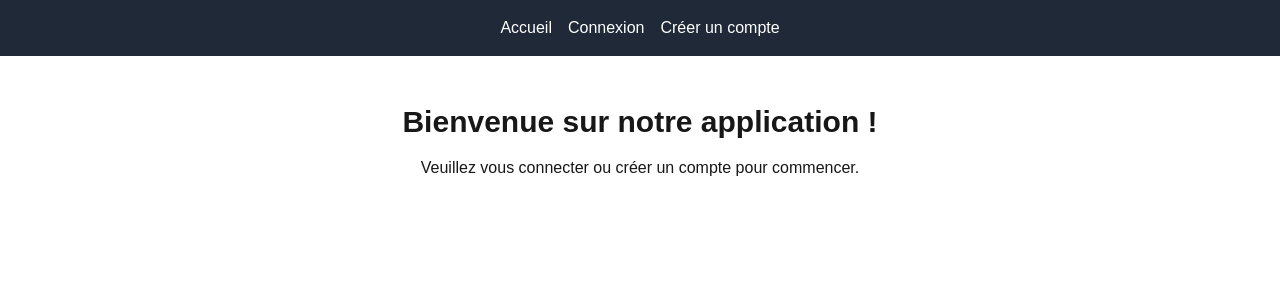
Repository: ricardo-plp/reservation-park
Page: /
These files come from the project's save history. The page is drawn as it stood at one moment and after a run of saves; the edit follows.
The browser window is 1280 px wide. The pictures show the whole page.
The page's requests for data from a server got no answer. The project was rebuilt for these pictures with package versions that can differ from the ones it lists, and the page was loaded fresh each time. The framework's server and built-in components were replaced by stand-ins that run in the browser. No one was signed in, and anything a server would have sent is missing. Also part of the build but not shown: next.config.ts.

Above is the page before, as saved 2025-02-09 12:51:55.

### src/app/layout.tsx
import type { Metadata } from "next";
import { Geist, Geist_Mono } from "next/font/google";
import "./globals.css";
import AuthProvider from "./components/SessionProvider";

const geistSans = Geist({
  variable: "--font-geist-sans",
  subsets: ["latin"],
});

const geistMono = Geist_Mono({
  variable: "--font-geist-mono",
  subsets: ["latin"],
});

export const metadata: Metadata = {
  title: "Create Next App",
  description: "Generated by create next app",
};

export default function RootLayout({
  children,
}: Readonly<{ children: React.ReactNode }>) {
  return (
    <html lang="en">
      <body
        className={`${geistSans.variable} ${geistMono.variable} antialiased`}
      >
        <AuthProvider>{children}</AuthProvider> {}
      </body>
    </html>
  );
}

### src/app/page.tsx
// src/app/home/page.tsx

import Navbar from "../components/NavBar";

const HomePage = () => {
  return (
    <div>
      <Navbar />
      <div className="text-center mt-12">
        <h1 className="text-3xl font-bold">
          Bienvenue sur notre application !
        </h1>
        <p className="mt-4">
          Veuillez vous connecter ou créer un compte pour commencer.
        </p>
      </div>
    </div>
  );
};

export default HomePage;

### src/components/NavBar.tsx


"use client";

import Link from "next/link";

const Navbar = () => {
  return (
    <nav className="bg-gray-800 p-4">
      <ul className="flex justify-center space-x-4">
        <li>
          <Link href="/" className="text-white">
            Accueil
          </Link>
        </li>
        <li>
          <Link href="/api/auth/signin" className="text-white">
            Connexion
          </Link>
        </li>
        <li>
          <Link href="/signup" className="text-white">
            Créer un compte
          </Link>
        </li>
      </ul>
    </nav>
  );
};

export default Navbar;

Loaded but not shown: src/app/globals.css (common file); src/app/components/SessionProvider.tsx (common file); tailwind.config.ts (common file)

After the next 2 saves:
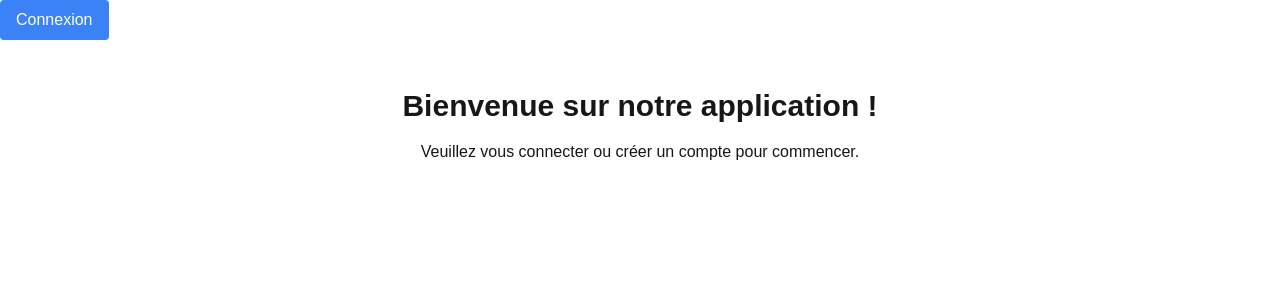
The 2 saves are shown as one change because they came seconds apart.
The last was saved 7 min 43 s later.
--- a/src/components/NavBar.tsx
+++ b/src/components/NavBar.tsx
@@ -1,31 +1,27 @@
-
-
 "use client";
 
-import Link from "next/link";
+import { signIn, signOut, useSession } from "next-auth/react";
 
-const Navbar = () => {
+export default function LoginButton() {
+  const { data: session } = useSession();
+
+  if (session) {
+    return (
+      <button
+        onClick={() => signOut()}
+        className="bg-red-500 text-white px-4 py-2 rounded"
+      >
+        Déconnexion
+      </button>
+    );
+  }
+
   return (
-    <nav className="bg-gray-800 p-4">
-      <ul className="flex justify-center space-x-4">
-        <li>
-          <Link href="/" className="text-white">
-            Accueil
-          </Link>
-        </li>
-        <li>
-          <Link href="/api/auth/signin" className="text-white">
-            Connexion
-          </Link>
-        </li>
-        <li>
-          <Link href="/signup" className="text-white">
-            Créer un compte
-          </Link>
-        </li>
-      </ul>
-    </nav>
+    <button
+      onClick={() => signIn()}
+      className="bg-blue-500 text-white px-4 py-2 rounded"
+    >
+      Connexion
+    </button>
   );
-};
-
-export default Navbar;
+}

After the 2 saves that followed:
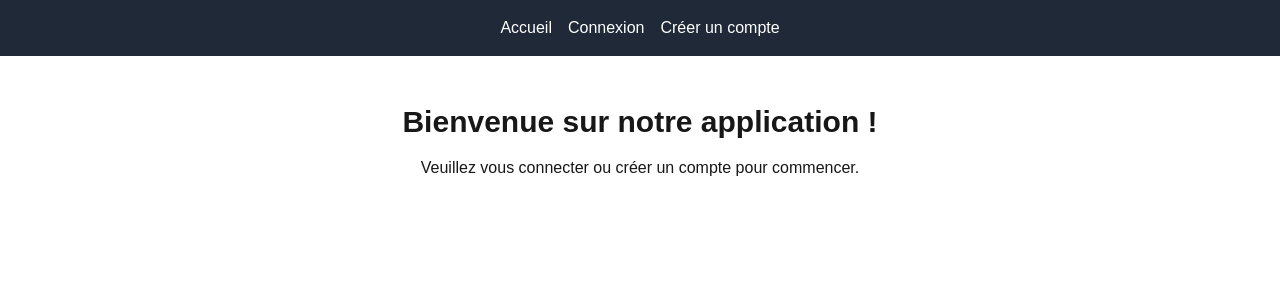
The 2 saves are shown as one change because they came seconds apart.
The last was saved 66 s later.
--- a/src/components/NavBar.tsx
+++ b/src/components/NavBar.tsx
@@ -1,27 +1,50 @@
+// src/components/Navbar.tsx
 "use client";
 
-import { signIn, signOut, useSession } from "next-auth/react";
+import { signOut, useSession } from "next-auth/react";
+import Link from "next/link";
 
-export default function LoginButton() {
+const Navbar = () => {
   const { data: session } = useSession();
 
-  if (session) {
-    return (
-      <button
-        onClick={() => signOut()}
-        className="bg-red-500 text-white px-4 py-2 rounded"
-      >
-        Déconnexion
-      </button>
-    );
-  }
+  return (
+    <nav className="bg-gray-800 p-4">
+      <ul className="flex justify-center space-x-4">
+        <li>
+          <Link href="/" className="text-white">
+            Accueil
+          </Link>
+        </li>
+        {session ? (
+          <>
+            <li>
+              <Link href="/profile" className="text-white">
+                Mon Profil
+              </Link>
+            </li>
+            <li>
+              <button onClick={() => signOut()} className="text-white">
+                Déconnexion
+              </button>
+            </li>
+          </>
+        ) : (
+          <>
+            <li>
+              <Link href="/signin" className="text-white">
+                Connexion
+              </Link>
+            </li>
+            <li>
+              <Link href="/signup" className="text-white">
+                Créer un compte
+              </Link>
+            </li>
+          </>
+        )}
+      </ul>
+    </nav>
+  );
+};
 
-  return (
-    <button
-      onClick={() => signIn()}
-      className="bg-blue-500 text-white px-4 py-2 rounded"
-    >
-      Connexion
-    </button>
-  );
-}
+export default Navbar;
